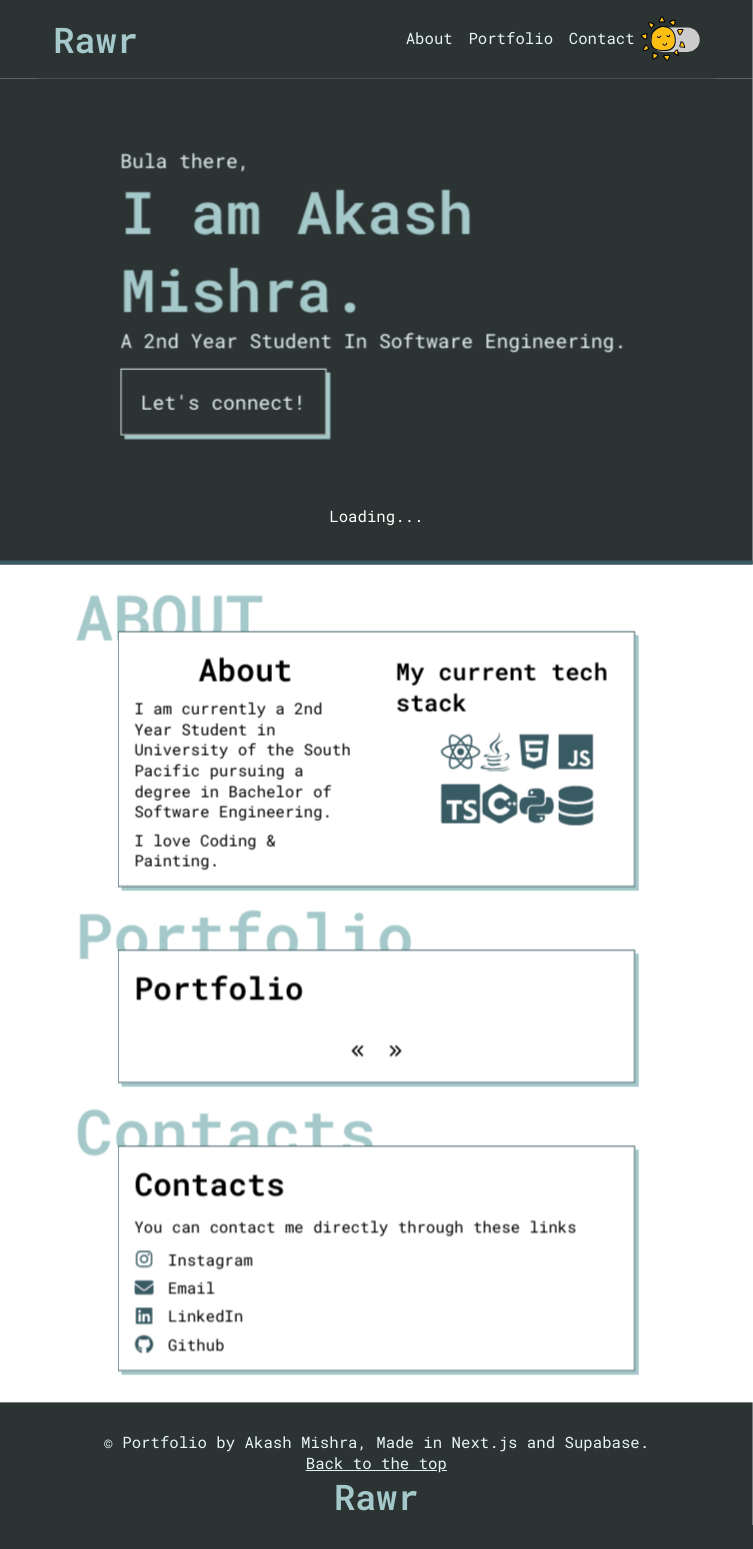
Repository: akashrawr/personal-portfolio
Page: /
An editor plug-in stored every save of this project. The page is shown before and after the next save, followed by the edit.
The browser window is 768 px wide. The pictures show the whole page, at 98% of full size.
The page's requests for data from a server got no answer. The project was rebuilt for these pictures with package versions that can differ from the ones it lists, and the page was loaded fresh each time. The framework's server and built-in components were replaced by stand-ins that run in the browser. No one was signed in, and anything a server would have sent is missing. Also part of the build but not shown: next.config.ts.

Above is the page before, as saved 2025-01-03 20:30:43.

### app/layout.tsx
import type { Metadata } from "next";
import { Geist, Geist_Mono } from "next/font/google";
import "./globals.css";

const geistSans = Geist({
  variable: "--font-geist-sans",
  subsets: ["latin"],
});

const geistMono = Geist_Mono({
  variable: "--font-geist-mono",
  subsets: ["latin"],
});

export const metadata: Metadata = {
  title: "akashrawr",
  description: "Personal Portfolio",
};

export default function RootLayout({
  children,
}: Readonly<{
  children: React.ReactNode;
}>) {
  return (
    <html lang="en" translate="no"> {/* Prevent translation of the entire page */}
      <head>
        <meta charSet="UTF-8" />
        <meta httpEquiv="Content-Language" content="en" /> {/* Explicitly set content language */}
        <meta name="google" content="notranslate" /> {/* Inform Google to not translate */}
        <link rel="icon" href="/rawr.ico" type="image/x-icon" />
        <title>akashrawr</title>
        <meta name="description" content="My Personal Portfolio" />
      </head>
      <body className={`${geistSans.variable} ${geistMono.variable} antialiased`}>
        <div className="notranslate">
          {children}
        </div>
      </body>
    </html>
  );
}

### app/page.tsx
"use client"; // Enables client-side functionality
import React, { useState, useEffect } from "react";
import AOS from "aos";
import "aos/dist/aos.css";
import "./globals.css"; // Import global styles

// Import components
import Header from "./components/Header";
import Hero from "./components/Hero";
import About from "./components/About";
import Portfolio from "./components/Portfolio";
import Contact from "./components/Contact";
import Footer from "./components/Footer";

const Page: React.FC = () => {
  useEffect(() => {
    AOS.init({ once: true, delay: 0 });
  }, []);

  const [isNavVisible, setIsNavVisible] = useState(false);
  const [darkMode, setDarkMode] = useState(false);

  const toggleNav = () => {
    setIsNavVisible(!isNavVisible);
  };

  const toggleDarkMode = () => {
    setDarkMode(!darkMode);
    document.body.classList.toggle("dark-mode", !darkMode);
  };

  return (
    <div>
      <Header
        isNavVisible={isNavVisible}
        toggleNav={toggleNav}
        darkMode={darkMode}
        toggleDarkMode={toggleDarkMode}
      />
      <main>
        <Hero />
        <About />
        <Portfolio />
        <Contact />
      </main>
      <Footer />
    </div>
  );
};

export default Page;

### app/globals.css
@import url("https://fonts.googleapis.com/css2?family=Roboto+Mono:wght@300;400;600&display=swap");

:root {
  --primary-color: #2c3333;
  --secondary-color: #395b64;
  --accent-1: #a5c9ca;
  --accent-2: #e7f6f2;
  --neutral-1: black;
  --neutral-2: white;
  --neutral-3: white;
  --neutral-4: black;
  --icon-1: #395b64;

  --dark-primary-color: #121212;
  --dark-secondary-color: #1f1f1f;
  --dark-accent-1: #6c757d;
  --dark-accent-2: #adb5bd;
  --dark-neutral-1: #ffffff;
  --dark-neutral-2: #121212;
  --dark-neutral-3:#1f1f1f;
  --dark-neutral-4: #938f8f;
  --dark-icon-1: #938f8f;

}

*,
*::after,
*::before {
  margin: 0;
  padding: 0;
  font-family: "Roboto Mono", monospace;
  box-sizing: border-box;


}

html {
  scroll-behavior: smooth;
}

body {
  overflow-x: hidden;
  background-color: var(--neutral-3);
  color: var(--neutral-1);
  font-family: "Roboto Mono", monospace;
}

body.dark-mode {
  --primary-color: var(--dark-primary-color);
  --secondary-color: var(--dark-secondary-color);
  --accent-1: var(--dark-accent-1);
  --accent-2: var(--dark-accent-2);
  --neutral-1: var(--dark-neutral-1);
  --neutral-2: var(--dark-neutral-2);
  --neutral-3: var(--dark-neutral-3);
  --neutral-4: var(--dark-neutral-4);
  --icon-1:var(--dark-icon-1);
}


/* Navbar styles */

header {
  display: flex;
  align-items: center;
  justify-content: center;

  max-width: 100vw;
  background-color: var(--primary-color);
}

a {
  font-size: 14px;
  text-decoration: none;
}

h1 {
  font-family: "Roboto Mono", monospace;
}

.navbar-nav {
  display: flex;
  align-items: center;
  justify-content: space-between;
  background-color: var(--primary-color);
  padding: 1rem;
  width: 90%;
}

.nav-logo {
  grid-column: 1;
}

.nav-logo > h1 {
  font-size: 30px;
  color: var(--accent-1);
}

.primary-nav {
  display: flex;
  list-style: none;
  gap: 16px;

  grid-column: 2;
  justify-self: end;
}

.mobile-nav-toggle {
  display: none;
  cursor: pointer;
}

.nav-link:link,
.nav-link:visited {
  font-size: 16px;
  color: var(--accent-2);

  transition: 300ms ease-in-out;
}

.nav-link:hover {
  font-weight: 600;
  color: var(--accent-1);
}

.user-icon {
  width: 24px;
  height: 24px;
  fill: var(--accent-1);
  transition: fill 0.3s ease;
}

.user-icon:hover {
  fill: var(--accent-1);
}

/* Dark mode toggle button */
.theme-toggle {
  background: none;
  border: none;
  cursor: pointer;
  padding: 8px;
  display: flex;
  align-items: center;
}

.nav-icons {
  --size: 30px;
  width: var(--size);
  aspect-ratio: 1;
  cursor: pointer;
}



@media only screen and (max-width: 35em) {
  .primary-nav {
    position: fixed;
    top: 0;
    right: 0;
    bottom: 0;
    width: 125px;

    flex-direction: column;
    padding: min(15vh, 3rem) 1rem;
    background-color: var(--primary-color);
    border-left: 2px solid rgb(111, 111, 111); /* Add this line for the left border */

    z-index: 9999;

    transform: translateX(100%);
    transition: transform 350ms ease-out;
  }


  .nav-link:link,
  .nav-link:visited {
    font-size: 15px;
    color: var(--accent-1);
  }

  .primary-nav[data-visible="true"] {
    transform: translateX(0%);
  }

  .mobile-nav-toggle[aria-expanded="true"] {
    background: url('data:[embedded picture, 416 characters]') center center no-repeat;
  }

  .mobile-nav-toggle {
    display: block;
    position: absolute;
    background: url('data:[embedded picture, 417 characters]') center center no-repeat;

    width: 1.25rem;
    aspect-ratio: 1;

    border: none;

    top: 1.4rem;
    right: 2.5rem;
    z-index: 10000;

    transition: 250ms ease-in-out;
  }
}

/* Section styles */

section {
  display: flex;
  align-items: center;
  justify-content: center;

  max-width: 100vw;
  position: relative;
}

/* HERO SECTION */
#hero {
  background-color: var(--primary-color);
  border-bottom: 4px solid var(--icon-1);
  padding: 2.2rem;
}

/* Main container for text and image */
.hero-main-container {
  display: flex;
  flex-wrap: wrap;
  align-items: center;
  justify-content: space-between;
  gap: 16px;
}

/* Text Container */
.hero-container {
  flex: 1;
  display: flex;
  flex-direction: column;
  gap: 16px;
  padding: 2.2rem;
  width: 90%;
  height: 350px;
  animation: fade-in 500ms linear forwards;
}

.hero-text-container > h2 {
  font-size: 28px;
  color: var(--accent-1);
}

.hero-text-container > p {
  font-size: 12px;
  color: var(--accent-2);
}

.hero-button {
  align-self: flex-start;

  font-size: 14px;
  padding: 1em;

  color: var(--accent-2);
  background-color: transparent;

  border: 1px solid var(--accent-2);
  box-shadow: 4px 4px 0px var(--accent-1);

  transition: 300ms ease-in-out;
}

.hero-button:hover {
  background-color: var(--accent-2);
  color: var(--primary-color);
  box-shadow: 6px 6px 0px var(--secondary-color);
}

/* Image Container */
.hero-img {
  flex: 1;
  display: flex;
  justify-content: center;
  align-items: center;
}

.hero-image {
  max-width: 50%;
  height: auto;
  border-radius: 10px;
  box-shadow: 0 4px 8px rgba(0, 0, 0, 0.1);
  border: 1px solid var(--secondary-color);
  background-color: var(--neutral-2);
  box-shadow: 4px 4px 0px var(--accent-1);
}

.hero-img p{
color:white;
}


/* Responsive Styles */
@media screen and (max-width: 768px) {
  .hero-main-container {
    flex-direction: column;
  }
  .hero-img {
    margin-top: 20px;
  }
  .hero-container, .hero-image {
    max-width: 75%;
    height: auto;
  }
  .hero-container{
    max-width: 85%;
    height: auto;
  }
  .hero-text-container {
    text-align: left;
  }


}
.hero-text-container > h2 {
  font-size: 30px;
  color: var(--accent-1);
}
.hero-text-container > p {
  font-size: 16px;
}
.project-card > h3 {
  font-size: 12px;
  color: var(--secondary-color);
}

/* ABOUT */

#about {
  padding: 2rem;
  margin-top: 36px;
  animation: fade-in 500ms linear forwards;

}

.wave-asset {
  width: 100%;
  position: absolute;

  top: 0;
  left: 0;
}

.about-container {
  display: flex;
  align-items: center;
  justify-content: center;
  background-color: var(--neutral-2);
  width: 90%;
  z-index: 999;
}

.about-card,
.portfolio-card,
.contact-card {
  display: flex;
  flex-direction: column;
  gap: 16px;
  border: 1px solid var(--secondary-color);
  background-color: var(--neutral-2);

  width: 100%;
  padding: 1rem;

  box-shadow: 4px 4px 0px var(--accent-1);
}

.about-content,
.portfolio-content {
  width: 100%;
  display: flex;
  flex-direction: column;
  gap: 8px;
}

.about-content > h2,
.about-content > h3 {
  color: var(--neutral-4);
}

.about-content > p {
  font-size: 12px;
  color: var(--neutral-4);
}

.tech-stack-grid {
  width: 65%;
  display: grid;
  grid-template-columns: repeat(4, 1fr);
  place-items: center;
}

.tech-stack {
  --size: 30px;
  width: var(--size);
  aspect-ratio: 1;
}

/* Portfolio container */

#portfolio {
  padding: 2rem;
  animation: fade-in 500ms linear forwards;
}

.portfolio-container {
  width: 90%;
  z-index: 999;
}

.project-container {
  display: grid;
  grid-template-columns: repeat(2, 1fr);
  gap: 16px;
}

.portfolio-content > h2 {
  color: var(--neutral-4);
}

.project-card {
  display: flex;
  flex-direction: column;
  gap: 4px;

  padding: 1rem;
  border-radius: 8px;
  border: 1px solid var(--accent-1);
}

.project-card > h3 {
  color: var(--neutral-4);
}

.project-card > h5 {
  color: var(--neutral-4);
  opacity: 0.5;
}

.project-card > p {
  font-size: 12px;
  width: 100%;
  display: -webkit-box;
  -webkit-box-orient: vertical;
  -webkit-line-clamp: 3;
  overflow: hidden;
  color: var(--neutral-4);
}

.project-img {
  width: 100%;
  aspect-ratio: 16/9;
}

.project-card-links {
  align-self: flex-end;

  margin-top: 10px;
  display: flex;
  align-items: center;
  gap: 12px;
}

.project-icons {
  --size: 20px;
  width: var(--size);
  aspect-ratio: 1;
}

.project-card-links > a {
  display: flex;
  align-items: center;
  color: var(--neutral-4);
  font-size: 10px;
  gap: 4px;
}

.project-card-links > a:link,
.project-card-links > a:visited {

  color: var(--neutral-4);
}

.project-card-links > a:hover {
  font-weight: 600;
  color: var(--accent-1);
}

/* CONTACT */
#contact {
  padding: 2rem;
  animation: fade-in 500ms linear forwards;
}

.contact-container {
  width: 90%;
  z-index: 999;
}

.contact-card {
  width: 100%;
  gap: 12px;
}
.contact-card > h2 {
    color: var(--neutral-4);
}

.contact-card > p {
  font-size: 12px;
  color: var(--neutral-4);
}

.contact-links {
  display: flex;
  flex-direction: column;
  gap: 8px;
}

.contact-links > a {
  display: flex;
  align-items: center;
  gap: 8px;
}

.contact-links > a:link,
.contact-links > a:visited {
  color: var(--neutral-4);
}

.contact-links > a:hover {
  font-weight: 600;
  color: var(--accent-1);
}
.contact-icons {
  --size: 20px;
  width: var(--size);
  aspect-ratio: 1;
}

/* extras */
.section-highlight {
  font-size: 4rem;
  font-weight: 600;
  opacity: 0.5;
  color: var(--accent-1);

  position: absolute;
  top: 0;
  left: 100px;
}

/* footer */
footer {
  display: flex;
  align-items: center;
  justify-content: center;
  color: var(--accent-2);
  max-width: 100vw;
  background-color: var(--primary-color);
  min-height: 150px;
}

.footer-content {
  text-align: center;
  font-size: 12px;
  width: 90%;

  color: var(--accent-2);
}

.footer-content > p {
  text-decoration: underline;
}

.footer-content > a {
  text-decoration: underline;
}

.footer-content > a:link,
.footer-content > a:visited {
  color: var(--accent-2);
}

.footer-content > a:hover {
  color: var(--accent-1);
}
/* media queries */

@media only screen and (max-width: 35em) {
  .hero-container {
    padding: 1rem;
    height: 200px;
  }
  .project-container {
    grid-template-columns: 1fr;
  }
  .tech-stack-grid {
    width: 100%;
  }
  .section-highlight {
    font-size: 3.5rem;
    top: -16px;
    left: 6vw;
  }
}

@media only screen and (min-width: 35em) {
  .hero-container {
    height: 250px;
  }
  .about-container,
  .portfolio-container,
  .contact-container {
    width: 75%;
  }

  .about-card,
  .portfolio-card {
    align-items: center;
    justify-content: center;
    flex-direction: row;
    gap: 20px;
  }

  .section-highlight {
    top: -26px;
    left: 10vw;
  }
}

@media only screen and (min-width: 768px) {
  .nav-logo > h1 {
    font-size: 36px;
  }

  /* hero */
  .hero-container {
    height: 350px;
  }

  .hero-text-container > p {
    font-size: 20px;
  }

  .hero-text-container > h2 {
    font-size: 60px;
  }

  .hero-button {
    font-size: 20px;
  }

  /* about */
  .about-card {
    gap: 40px;
  }

  .about-content > h2 {
    font-size: 32px;
  }

  .about-content > h3 {
    font-size: 24px;
  }

  .about-content > p {
    font-size: 16px;
  }

  .tech-stack-section {
    align-self: flex-start;
    margin-top: 8px;
  }

  .tech-stack {
    --size: 40px;
    width: var(--size);
    aspect-ratio: 1;
  }

  /* portfolio */
  .portfolio-content > h2 {
    font-size: 32px;
  }

  .project-card > h3 {
    font-size: 24px;
  }

  .project-card > h5,
  .project-card > p {
    font-size: 16px;
  }

  .project-card-links > a {
    font-size: 16px;
  }

  /* contacts */
  .contact-card > h2 {
    font-size: 32px;
  }

  .contact-card > p {
    font-size: 16px;
  }

  .contact-links > a {
    font-size: 16px;
  }
  .footer-content,
  .footer-content > a {
    font-size: 16px;
  }
}

@media only screen and (min-width: 1024px) {
  .section-highlight {
    top: -26px;
    left: 10vw;
  }
}

@keyframes fade-in {
  0% {
    opacity: 0;
  }
  100% {
    opacity: 1;
  }
}

/* Adjust specific sections as needed for React-specific behaviors */
.primary-nav.visible {
  transform: translateX(0%);
}

/* The switch - the box around the slider */
.switch {
  position: relative;
  display: inline-block;
  width: 50px;
  height: 25px;
}

/* Hide default HTML checkbox */
.switch input {
  opacity: 0;
  width: 0;
  height: 0;
}

/* The slider */
.slider {
  position: absolute;
  cursor: pointer;
  top: 0;
  left: 0;
  right: 0;
  bottom: 0;
  background-color: #ccc;
  -webkit-transition: .4s;
  transition: .4s;
  border-radius: 25px; /* Rounded edges for the slider */
  display: flex;

  align-items: center;
}

/* Adjust the icon size to 48x48 pixels */
.slider .icon {
  position: absolute;
  width: 48px;
  height: 48px;
  transition: .4s;
}

/* When the input is checked (dark mode is on) */
input:checked + .slider {
  background-color: #3e4346; /* Change background color on check */
}

input:focus + .slider {
  box-shadow: 0 0 1px #2196F3;
}

/* Move the icons when the input is checked (dark mode) */
input:checked + .slider .icon {
  transform: translateX(20px); /* Move the icon to the right */
}

/* Default state (light mode) */
input:not(:checked) + .slider .icon {
  transform: translateX(-15px) translateY(-2px); /* Icon remains in the default position */
  width: 52px; /* Further reduced icon size for very small screens */
  height: 52px; /* Further reduced icon size for very small screens */
}

.about-icon {
  color: var(--icon-1); /* Change to any shade of blue you prefer */
  font-size: 3rem; /* Adjust size as needed */
  margin: 0.5rem;
}

.project-icons {
  margin-right: 0.5rem; /* Space between icon and text */
  font-size: 1.5rem; /* Adjust icon size */
  color: inherit; /* Match the color of the link */
}

.contact-icons {
  margin-right: 0.5rem; /* Space between icon and text */
  font-size: 1.5rem; /* Adjust icon size */
  color: var(--icon-1);
}

/* Responsive Adjustments */
@media (max-width: 768px) {
  .about-icon {
    font-size: 2.5rem; /* Slightly smaller on smaller devices */
    margin: 0.4rem;
  }

  .project-icons {
    font-size: 1.2rem; /* Smaller icon size on smaller screens */
    margin-right: 0.4rem;
  }

  .contact-icons {
    font-size: 1.2rem; /* Smaller icon size on smaller screens */
    margin-right: 0.4rem;
  }
}

@media (max-width: 480px) {
  .about-icon {
    font-size: 2rem; /* Even smaller on very small devices */
    margin: 0.3rem;
  }

  .project-icons {
    font-size: 1rem; /* Further reduced icon size for very small screens */
    margin-right: 0.3rem;
  }

  .contact-icons {
    font-size: 1rem; /* Further reduced icon size for very small screens */
    margin-right: 0.3rem;
  }
}

.pagination {
  display: flex;
  justify-content: center;
  align-items: center;
  margin-top: 1rem;
}

.pagination a {
  color: var(--neutral-4);
  padding: 8px 16px;
  text-decoration: none;
}

.pagination a.active {
  background-color: #395b64;
  color: white;
}

.pagination a:disabled {
  color: grey;
  pointer-events: none;
}

/* Responsive Adjustments */
@media (max-width: 768px) {
  .pagination a {
    padding: 6px 12px; /* Smaller padding for smaller screens */
    font-size: 0.9rem; /* Slightly smaller font size */
  }

  .pagination {
    margin-top: 0.75rem; /* Adjust margin top for smaller screens */
  }
}

@media (max-width: 480px) {
  .pagination a {
    padding: 4px 8px; /* Even smaller padding for very small screens */
    font-size: 0.8rem; /* Smaller font size for very small screens */
  }

  .pagination {
    margin-top: 0.5rem; /* Adjust margin top for very small screens */
  }
}

### app/components/Hero.tsx
import React, { useEffect, useState } from 'react';
import supabase from '../utils/supabaseClient';  // Adjust path if in 'utils'
import Image from 'next/image';  // Import Image from next/image

function Hero() {
  const [heroImage, setHeroImage] = useState<string | null>(null);

  useEffect(() => {
    const fetchHeroImage = async () => {
      const { data, error } = await supabase
        .from('hero')  // Table name is 'hero'
        .select('image_path')        // Only selecting 'image_path' column
        .limit(1);                   // Limiting to only one result (first row)

      if (error) {
        console.error('Error fetching hero image:', error);
      } else {
        setHeroImage(data?.[0]?.image_path || null);
      }
    };

    fetchHeroImage();
  }, [supabase]); // Including 'supabase' as a dependency

  return (
    <section id="hero">
      <div className="hero-main-container">
        {/* Text and Button Container */}
        <div className="hero-container">
          <div className="hero-text-container" data-aos="fade-up">
            <p>Bula there,</p>
            <h2>I am Akash Mishra.</h2>
            <p>A 2nd Year Student In Software Engineering.</p>
          </div>
          <a href="#contact" className="hero-button" data-aos="fade-up">
            Let&apos;s connect!
          </a>
        </div>

        {/* Image Container */}
        <div className="hero-img" data-aos="fade-up">
          {heroImage ? (
            <Image
              className="hero-image"
              src={heroImage}
              alt="Akash"
              layout="responsive"
              width={500}
              height={500}
            />
          ) : (
            <p>Loading...</p>
          )}
        </div>
      </div>
    </section>
  );
}

export default Hero;

### app/components/Contact.tsx
import React from "react";
import { FontAwesomeIcon } from "@fortawesome/react-fontawesome";
import { faInstagram, faGithub, faLinkedin } from "@fortawesome/free-brands-svg-icons";
import { faEnvelope } from "@fortawesome/free-solid-svg-icons";

const Contact: React.FC = () => {
  return (
    <section id="contact">
      <h2 className="section-highlight" data-aos="fade-up">
        Contacts
      </h2>
      <div className="contact-container" data-aos="fade-up">
        <div className="contact-card">
          <h2>Contacts</h2>
          <p>You can contact me directly through these links</p>

          <div className="contact-links">
            <a href="https://www.instagram.com/_acnologxa" className="contact-link">
              <FontAwesomeIcon icon={faInstagram} className="contact-icons" />
              Instagram
            </a>

            <a href="mailto:akashkm553@gmail.com" className="contact-link">
              <FontAwesomeIcon icon={faEnvelope} className="contact-icons" />
              Email
            </a>

            <a href="https://www.linkedin.com/in/akashmishra-rawr" className="contact-link">
              <FontAwesomeIcon icon={faLinkedin} className="contact-icons" />
              LinkedIn
            </a>

            <a href="https://github.com/akashrawr" className="contact-link">
              <FontAwesomeIcon icon={faGithub} className="contact-icons" />
              Github
            </a>
          </div>
        </div>
      </div>
    </section>
  );
};

export default Contact;

### app/components/Footer.tsx
import React from 'react';

const Footer: React.FC = () => {
  return (
    <footer>
      <div className="footer-content">
        © Portfolio by Akash Mishra, Made in Next.js and Supabase. <br />
        <a href="#hero">Back to the top</a>
        <div className="nav-logo">
          <h1>Rawr</h1>
        </div>
      </div>
    </footer>
  );
};

export default Footer;

### app/utils/supabaseClient.ts
import { createClient } from '@supabase/supabase-js';

// Fetch environment variables
const supabaseUrl = process.env.NEXT_PUBLIC_SUPABASE_URL || '';
const supabaseKey = process.env.NEXT_PUBLIC_SUPABASE_KEY || '';

// Initialize the Supabase client
const supabase = createClient(supabaseUrl, supabaseKey);

export default supabase;

Loaded but not shown: app/components/Header.tsx (89 lines, source omitted); app/components/Portfolio.tsx (139 lines, source omitted); app/components/About.tsx (59 lines, source omitted)

After the next save:
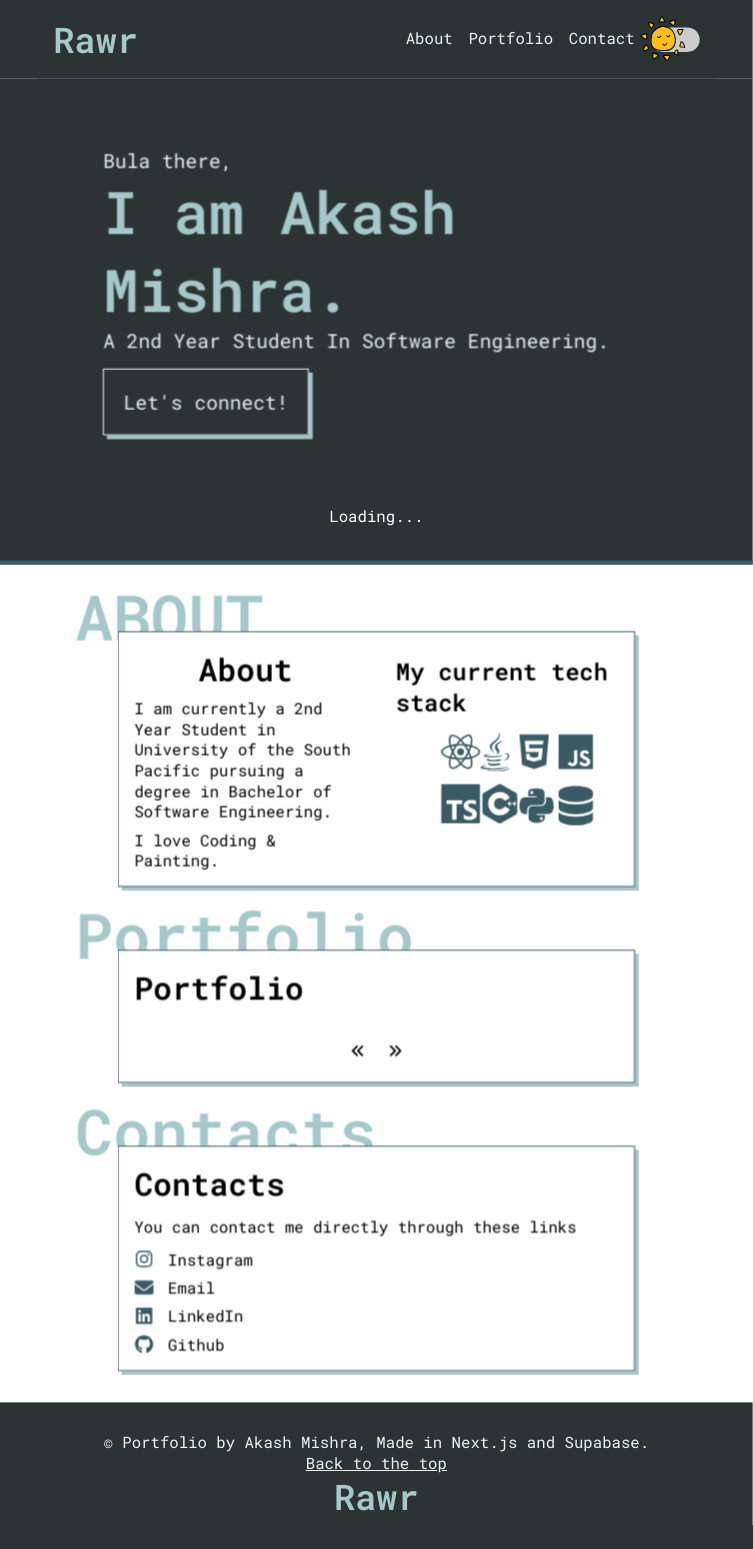
Saved 11 s later.
--- a/app/globals.css
+++ b/app/globals.css
@@ -311,7 +311,7 @@ color:white;
     height: auto;
   }
   .hero-container{
-    max-width: 85%;
+    max-width: 95%;
     height: auto;
   }
   .hero-text-container {
